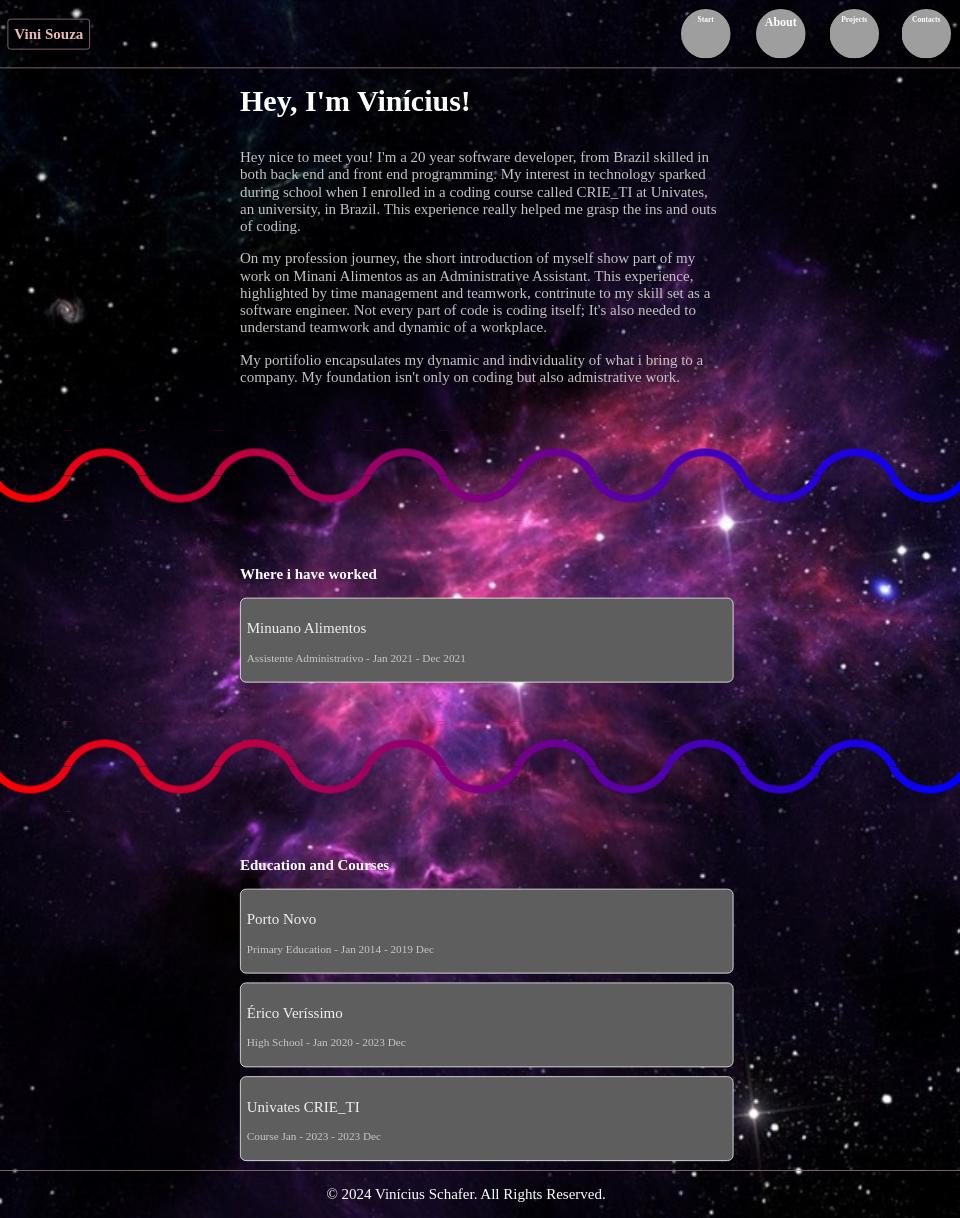
Repository: ViniSouza32/ViniSouza32.github.io
Page: aboutScreen/index.html
An editor plug-in stored every save of this project. The page is shown before and after the next save, followed by the edit.
The browser window is 1280 px wide. The pictures show the whole page, at 75% of full size.
Pictures or frames that could not be fetched are drawn as grey boxes.

Above is the page before, as saved 2024-08-26 01:09:00.

### aboutScreen/index.html
<!DOCTYPE html>
<html lang="en">
  <head>
    <meta charset="UTF-8" />
    <meta name="viewport" content="width=device-width, initial-scale=1.0" />
    <title>About Vinícius</title>

    <link href="../styles.css" rel="stylesheet" />
    <link href="styles.css" rel="stylesheet" />
    <link rel="icon" type="image/x-icon" href="../assets/imgs/favicon.jpg" />
    <link href="https://fonts.googleapis.com/icon?family=Material+Icons" rel="stylesheet"/>
  </head>
  <body>
    <div class="header">
      <a href="../index.html" class="name">Vini Souza</a>

      <ul class="list">
        <a href="../index.html" style="font-size: 10px;  padding-left: 7px">
          <li class="mercury planet">Start</li>
        </a>
        <a href="index.html" style="padding-left: 10px">
          <li class="mars planet">About</li>
        </a>
        <a
          href="../ProjectsScreen/index.html"
          style="font-size: 10px; padding-left: 8px"
        >
          <li class="earth planet">Projects</li>
        </a>
        <a
          href="../contatsScreen/index.html"
          style="font-size: 10px; padding-left: 6px"
        >
          <li class="jupiter planet">Contacts</li>
        </a>
      </ul>
      <div class="menu-icon" onclick="toggleMenu()">
        <div class="bar"></div>
        <div class="bar"></div>
        <div class="bar"></div>
      </div>
    </div>

    <div class="desc">
      <h3 class="desc-title">Hey, I'm Vinícius!</h3>

      <p class="desc-text">
        Hey nice to meet you! I'm a 20 year software developer, from Brazil skilled in both back end and front end programming.
        My interest in technology sparked during school when I enrolled in a coding course called CRIE_TI at Univates, an university, in Brazil.
        This experience really helped me grasp the ins and outs of coding.
      </p>
      <p class="desc-text">
        On my profession journey, the short introduction of myself
        show part of my work on Minani Alimentos as an Administrative Assistant.
        This experience, highlighted by time management and teamwork,
        contrinute to my skill set as a software engineer. Not every part
        of code is coding itself; It's also needed to understand teamwork
        and dynamic of a workplace.
      </p>
      <p class="desc-text">
        My portifolio encapsulates my dynamic and individuality of what i bring
        to a company. My foundation isn't only on coding but also admistrative work.
      </p>
    </div>
    <div class="box"></div>

    <h3 class="text">Where i have worked</h3>
    <div class="work-container">
      <p class="company">Minuano Alimentos</p>
      <p class="time-worked">Assistente Administrativo - Jan 2021 - Dec 2021</p>
    </div>

    <div class="box"></div>

    <h3 class="text">Education and Courses</h3>
    <div class="work-container">
      <p class="company">Porto Novo</p>
      <p class="time-worked">Primary Education - Jan 2014 - 2019 Dec</p>
    </div>
    <div class="work-container">
      <p class="company">Érico Veríssimo</p>
      <p class="time-worked">High School - Jan 2020 - 2023 Dec</p>
    </div>
    <div class="work-container">
      <p class="company">Univates CRIE_TI</p>
      <p class="time-worked">Course Jan - 2023 - 2023 Dec</p>
    </div>

    <div id="footer"></div>
  </body>
  <script src="../scripts/hamburgerMenu.js"></script>
  <script src="../scripts/footerGen.js"></script>
</html>

### styles.css
body {
  background-image: url("./assets/imgs/galaxyBack1024x768.jpg");
  background-color: #000;
  background-size: cover;
  margin: 0;
  padding: 0;
}

.header {
  display: flex;
  align-items: center;
  justify-content: space-between;
  color: #fff;
  border-bottom: 1px solid #a08282;
  font-size: 20px;
  font-weight: bold;
  padding: 10px;
}

.padl {
  padding-left: 45.1%;
}

.name {
  text-decoration: none;
  color: #e7b9b9;
  border: 1px solid #a08282;
  border-radius: 4px;
  padding: 8px;
  cursor: default;
}

.selected {
  background-color: #555;
}

.list {
  list-style: none;
  display: flex;
  margin: 0;
  padding: 0;
  justify-content: space-around;
}

.list li {
  margin: 0;
  padding: 8px;
  text-align: center;
}

.mercury {
  background: url(https://www.solarsystemscope.com/images/textures/full/2k_makemake_fictional.jpg);
  background-size: cover;
  border-radius: 50%;
  border: 2px solid #000;
  width: 50px;
  height: 50px;
  margin: 10px;
  animation: movimiento 10s linear 0s infinite;
  cursor: pointer;
}

.mars {
  background: url(https://s3-us-west-2.amazonaws.com/s.cdpn.io/217233/mars_texture.jpg);
  background-size: cover;
  border-radius: 50%;
  border: 2px solid #000;
  width: 50px;
  height: 50px;
  margin: 10px;
  animation: movimiento 10s linear 0s infinite;
  cursor: pointer;
}

.earth {
  background: url(https://cdn.rawgit.com/ManzDev/cursos-assets/gh-pages/css3/earth-2.jpg);
  background-size: cover;
  border-radius: 50%;
  border: 2px solid #000;
  width: 50px;
  height: 50px;
  margin: 10px;
  animation: movimiento 10s linear 0s infinite;
  cursor: pointer;
}

.jupiter {
  background: url(https://www.jpl.nasa.gov/spaceimages/images/largesize/PIA07782_hires.jpg);
  background-size: cover;
  border-radius: 50%;
  border: 2px solid #000;
  width: 50px;
  height: 50px;
  margin: 10px;
  animation: movimiento 10s linear 0s infinite;
  cursor: pointer;
}

@keyframes movimiento {
  0% {
    background-position: 0 0;
  }
  100% {
    background-position: 355px 0;
  }
}

.list {
  list-style: none;
  display: flex;
  margin: 0;
  padding: 0;
  list-style: none;
}

.list li {
  margin-left: 20px;
  padding: 8px;
}

.list a {
  text-decoration: none;
  color: #fff;
  font-size: 16px;
  font-weight: 600;
  cursor: default;
}

.list li:hover {
  background-color: #807d7d;
}

.sub-text {
  color: #c7c7c77a;
}

.text-link {
  color: #a8aafd;
  text-decoration: none;
  padding-left: 25%;
}

.name-body {
  display: flex;
  color: #fff;
  font-size: 20px;
  padding-top: 1%;
  justify-content: center;
}

.image {
  padding-left: 35%;
  max-height: 555px;
  max-width: 1000px;
}

.text {
  color: #fff;
  font-size: 20px;
  margin-top: 20px;
  margin-left: 25%;
  margin-right: 25%;
  text-decoration: none;
}

.email {
  display: inline-flex;
  align-items: center;
  justify-content: center;
  background-color: #0000006b;
  border: 2px solid #a08282;
  border-radius: 8px;
  padding: 2px 4px;
}

.box {
  --size: 50px;
  --b: 10px;
  --p: 25px;
  --R: calc(55.9px + var(--b) / 2);

  --_g: #0000 calc(99% - var(--b)), #000 calc(101% - var(--b)) 99%, #0000 101%;
  -webkit-mask: radial-gradient(
        var(--R) at left 50% bottom calc(-1 * var(--p)),
        var(--_g)
      )
      calc(50% - 2 * var(--size)) calc(50% - var(--size) / 2 - var(--b) / 2) /
      calc(4 * var(--size)) calc(var(--size) + var(--b)) repeat-x,
    radial-gradient(var(--R) at left 50% top calc(-1 * var(--p)), var(--_g)) 50%
      calc(50% + var(--size) / 2 + var(--b) / 2) / calc(4 * var(--size))
      calc(var(--size) + var(--b)) repeat-x;
  background: linear-gradient(90deg, red, blue);
  height: 200px;
}

.container-projects {
  border: 1px solid #fff;
  border-radius: 8px;
  background-color: #0000004f;
  width: 50%;
  margin-left: 25%;
  margin-bottom: 12px;
}

.conteiner-text {
  color: #fff;
  font-size: 20px;
  padding-left: 1%;
  padding-right: 1%;
}

.footer {
  display: flex;
  align-content: center ;
  border-top: 1px solid #a08282;
  color: #fff;
}

.text_footer {
  color: #fff;
  font-size: 20px;
  margin-left: 34%;
  text-decoration: none;
}

.link {
  color: #fff;
  font-size: 20px;
  text-decoration: none;
}

.links {
  color: #fff;
  text-decoration: none;
  padding-left: 10px;
}

.container-links {
  padding-left: 24%;
}

.menu-icon {
  display: none;
  cursor: pointer;
  margin-right: 15px;
}

.bar {
  width: 25px;
  height: 3px;
  background-color: #fff;
  margin: 6px 0;
  transition: 0.4s;
}

@media only screen and (max-width: 600px) {
  .list {
    display: none;
  }

  .menu-icon {
    display: block;
  }

  .container-links {
    display: flex;
    padding-left: 5%;
  }

  .list {
    display: none;
    flex-direction: column;
    position: absolute;
    top: 60px;
    right: 0;
    background-color: #333;
    padding: 10px;
    border-bottom-left-radius: 8px;
    border-bottom-right-radius: 8px;
  }

  .list li {
    margin: 5px 0;
  }

  .name-body,
  .image,
  .text,
  .container-projects,
  .footer-links {
    margin-left: 5%;
    margin-right: 5%;
  }

  .padl {
    padding-left: 5%;
  }

  .image {
    padding-left: 0;
    max-width: 100%;
  }

  .container-projects {
    width: 90%;
  }

  .list.show {
    display: flex;
  }

  .footer {
    display: none;
  }

  .desc-text {
    display: nonw;
  }

  .list li {
    margin: 10px 0;
  }
}

### aboutScreen/styles.css
.desc-text {
  color: #c4c3c3;
  font-size: 20px;
  margin-top: 20px;
  margin-left: 25%;
  margin-right: 25%;
  text-decoration: none;

}

.desc-title {
  color: #fff;
  font-size: 40px;
  margin-top: 20px;
  margin-left: 25%;
  margin-right: 25%;
  text-decoration: none;
}

.work-container {
  background-color: #5e5e5e;
  border: 1px solid #fff;
  border-radius: 8px;
  width: 50%;
  margin-left: 25%;
  margin-bottom: 12px;
  padding: 8px;
}

.work-text {
  color: #fff;
}

.company {
  color: #f0f0f0;
  font-size: 20px;
}

.time-worked {
  color: #c9c7c7;
  font-size: 15px;
}

@media only screen and (max-width: 600px) {
  .desc-text {
    margin-top: 20px;
    margin-left: 10%;
    margin-right: 10%;
  }
}

### scripts/hamburgerMenu.js
function toggleMenu() {
  let menuList = document.querySelector('.list');
  menuList.classList.toggle('show');
}

### scripts/footerGen.js
document.addEventListener("DOMContentLoaded", function () {
  let footerContent =
    '<div class="footer">' +
      '<p class="text_footer"> &copy; 2024 <a class="link" target="_blank" href="https://twitter.com/vinisouza32"> Vinícius Schafer</a>. All Rights Reserved.</p>'
    '</div>';

  let footer = document.getElementById("footer");

  footer.innerHTML = footerContent;
});

After the next save:
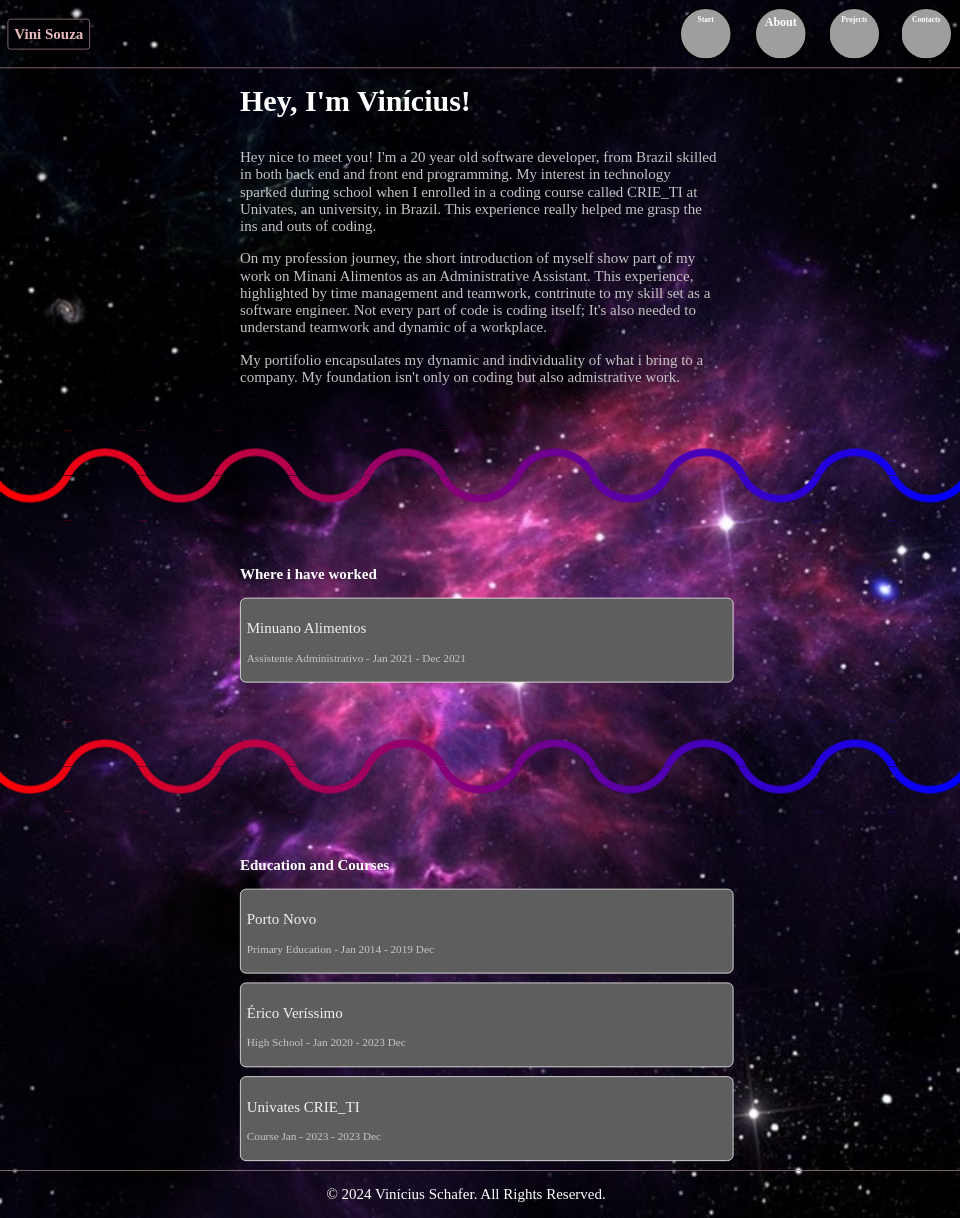
Saved 119 s later.
--- a/aboutScreen/index.html
+++ b/aboutScreen/index.html
@@ -45,7 +45,7 @@
       <h3 class="desc-title">Hey, I'm Vinícius!</h3>
 
       <p class="desc-text">
-        Hey nice to meet you! I'm a 20 year software developer, from Brazil skilled in both back end and front end programming.
+        Hey nice to meet you! I'm a 20 year old software developer, from Brazil skilled in both back end and front end programming.
         My interest in technology sparked during school when I enrolled in a coding course called CRIE_TI at Univates, an university, in Brazil.
         This experience really helped me grasp the ins and outs of coding.
       </p>
